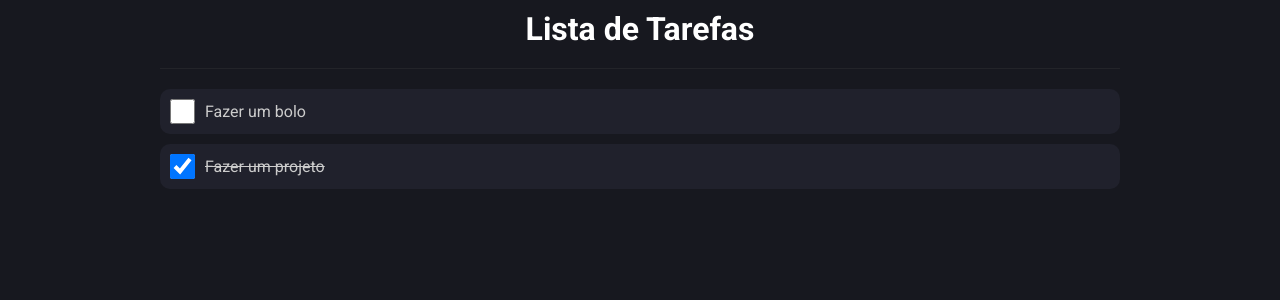
Repository: guilhermecardoso93/todolist-app
Page: /
These files come from the project's save history. The page is drawn as it stood at one moment and after the next save; the edit follows.
The browser window is 1280 px wide. The pictures show the whole page.
The project was rebuilt for these pictures with package versions that can differ from the ones it lists, and the page was loaded fresh each time. Also part of the build but not shown: vite.config.ts.

Above is the page before, as saved 2022-11-12 22:37:28.

After the next save:
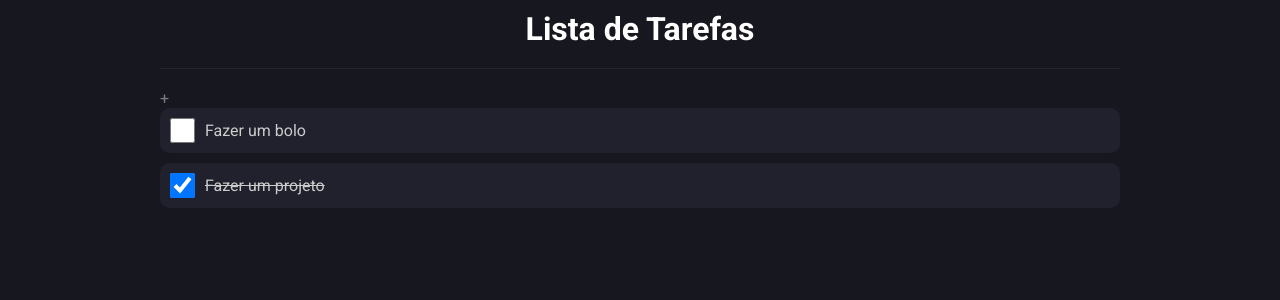
Saved 13 s later.
--- a/src/components/AddTask/index.tsx
+++ b/src/components/AddTask/index.tsx
@@ -3,7 +3,9 @@ import { Container } from "./AddTask.styles";
 export function AddTask() {
 return (
   <Container>
-
+    <div className="image">
+      +
+    </div>
   </Container>
 )
 }
